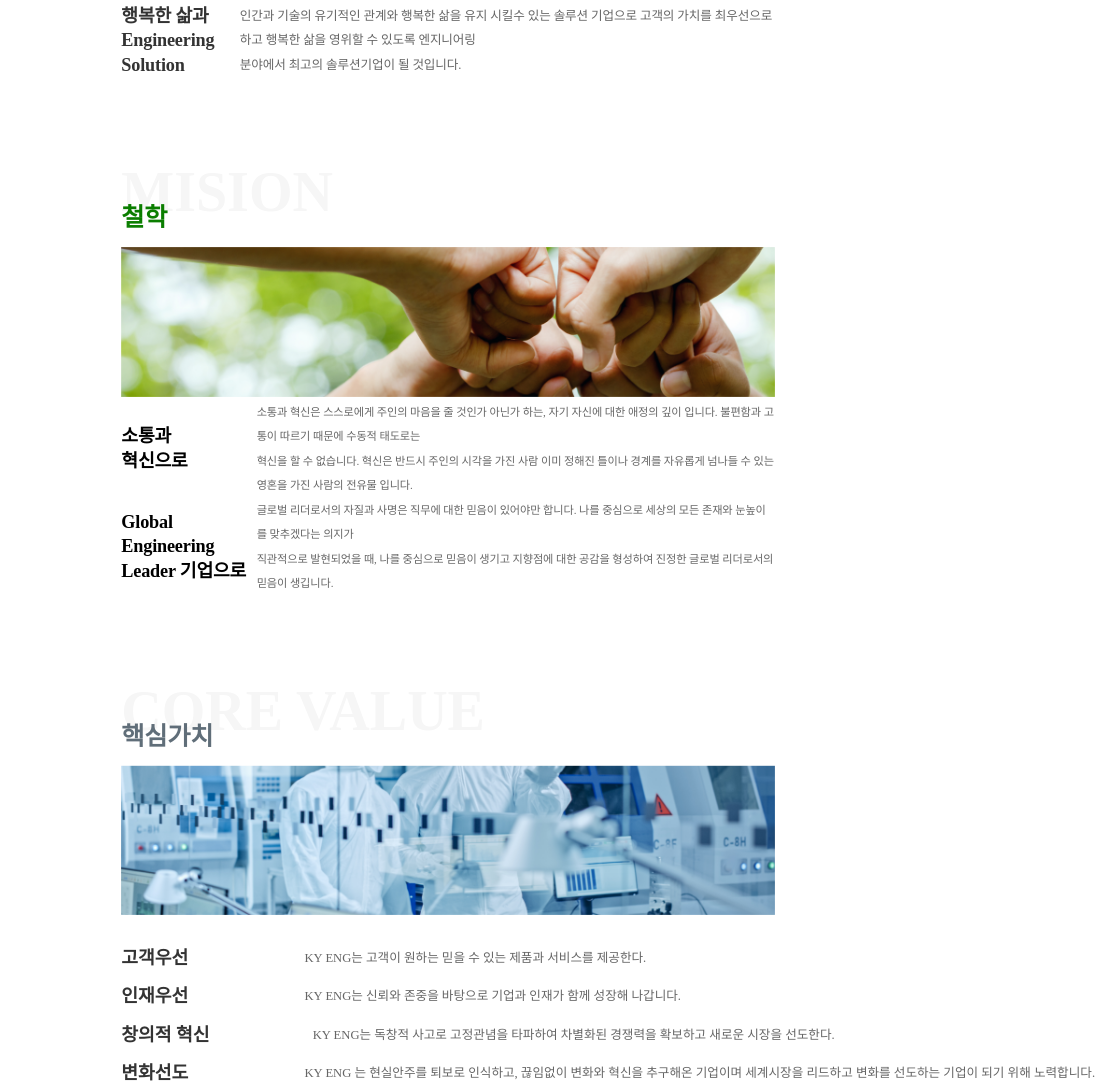
Repository: wogml3270/kumyoungENG
Page: sub/about/about_company.html
The author's editor kept a copy of each file at every save. The page is drawn from the files as they stood at one save, then again after the next save.
The browser window is 1280 px wide. The page is 1564 px wide, so the pictures cover 1564 px, including what lies to the right of the window. The pictures show the part of the page from y = 1200 to 2760 px (the page is 3033 px tall), at 70% of full size.
Some web fonts or font styles are not loaded; a fallback is used.

Above is the page before, as saved 2022-07-25 14:36:50.

After the next save:
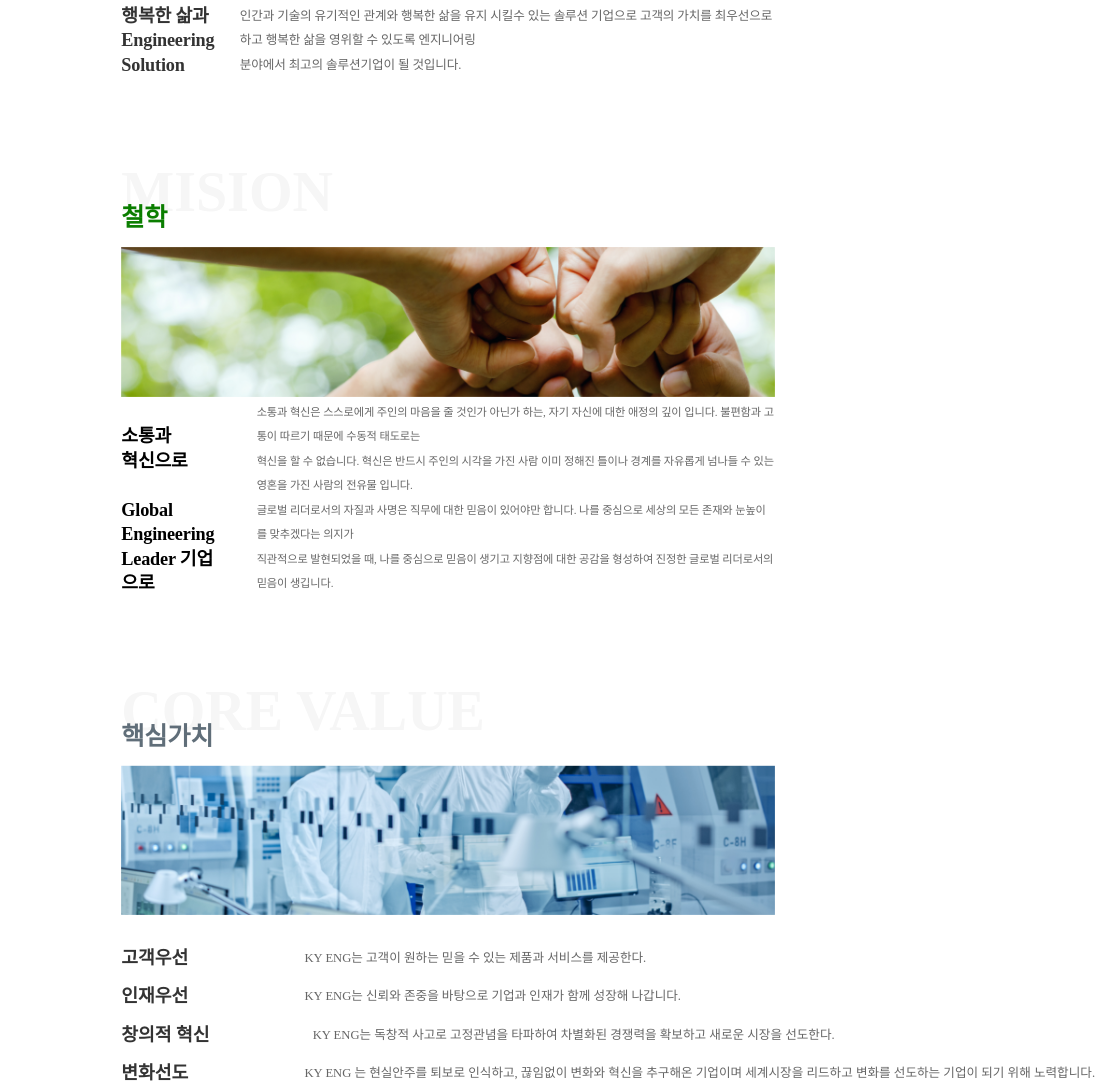
Saved 71 s later.
--- a/sub/css/about_company.css
+++ b/sub/css/about_company.css
@@ -18,6 +18,7 @@
   font-weight: 600;
   font-size: 26px;
   line-height: 35px;
+  padding-right: 5%;
 }
 td{
   font-weight: 400;
